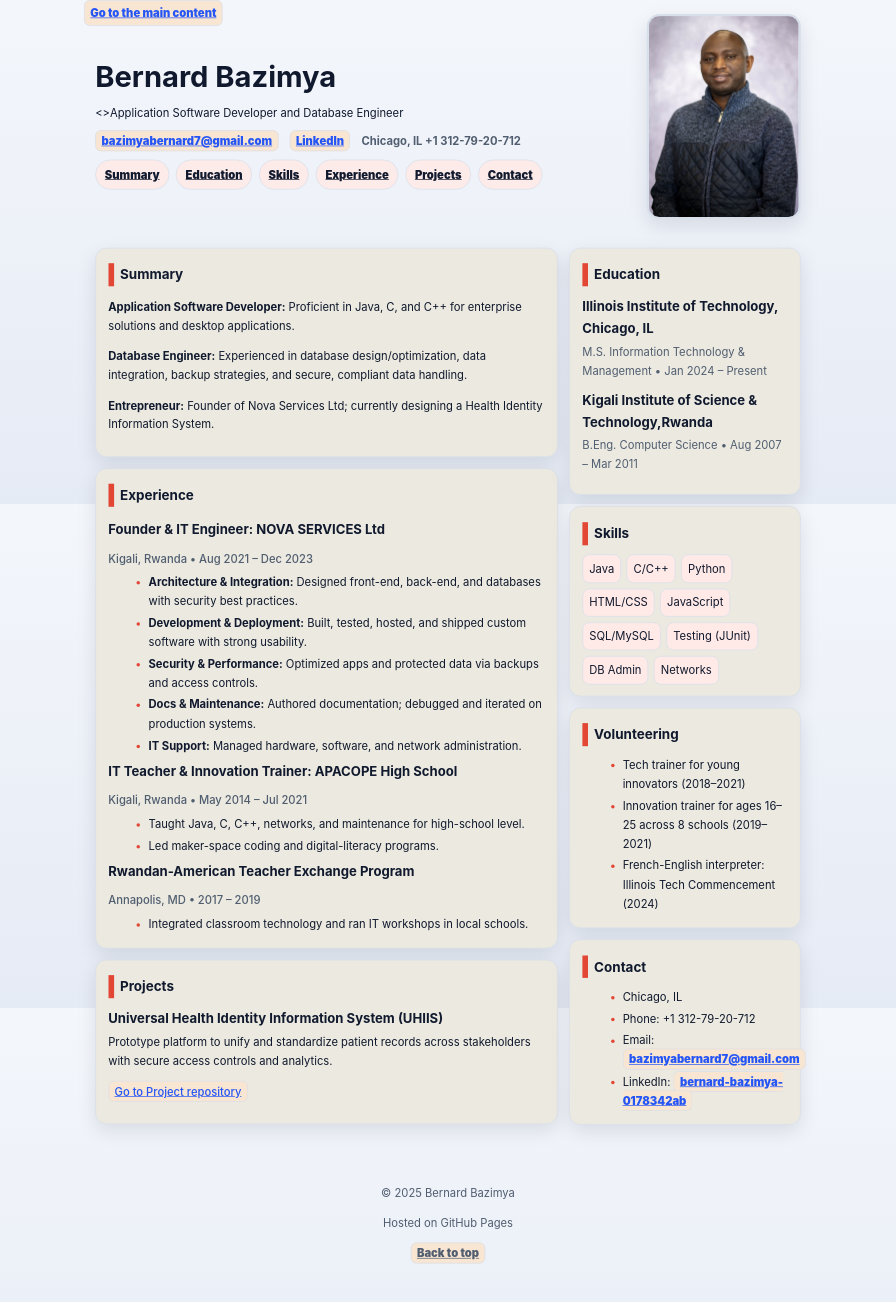
Repository: bbazimya/bernardbazimya-resume
Page: index.html
An editor plug-in stored every save of this project. The page is shown before and after the next save, followed by the edit.
The browser window is 1280 px wide. The pictures show the whole page, at 70% of full size.
Backgrounds fixed to the window are drawn as part of the page. Some web fonts or font styles are not loaded; a fallback is used.

Above is the page before, as saved 2025-09-14 00:35:14.

### index.html
<!DOCTYPE html>
<html lang="en">
<head>
  <meta charset="utf-8" />
  <meta name="viewport" content="width=device-width, initial-scale=1" />
  <title>Bernard Bazimya-Resume</title>

  <!-- Google Web Fonts: I am using these links -->
  <link rel="preconnect" href="https://fonts.googleapis.com">
<link rel="preconnect" href="https://fonts.gstatic.com" crossorigin>
<link href="https://fonts.googleapis.com/css2?family=FAMILY_NAME:wght@WEIGHT_OR_RANGE&display=swap" rel="stylesheet">


  <!-- For my Styles -->
  <link rel="stylesheet" href="styles.css">
</head>

<body class="page">
 <a class="skiplink" href="#main">Go to the main content</a>

  <!--Header -->
  <header id="top" class="site-header container">
    <div class="header__text">
      <h1 class="site-title">Bernard Bazimya</h1>
      <p class="site-subtitle"><>Application Software Developer and Database Engineer</p>

      <!-- my contacts -->
      <ul class="contact-inline">
        <li><a href="Mail to:bazimyabernard7@gmail.com">bazimyabernard7@gmail.com</a></li>
        <li><a href="https://www.linkedin.com/in/bernard-bazimya-0178342ab/">LinkedIn</a></li>
        <li><span><strong>Chicago, IL  +1&nbsp;312-79-20-712</strong></span></li>
      </ul>

      <!-- Primary nav -->
      <nav class="nav" aria-label="Resume sections">
        <ul class="nav__list">
          <li class="nav__item"><a class="nav__link" href="#summary">Summary</a></li>
          <li class="nav__item"><a class="nav__link" href="#education">Education</a></li>
          <li class="nav__item"><a class="nav__link" href="#skills">Skills</a></li>
          <li class="nav__item"><a class="nav__link" href="#experience">Experience</a></li>
          <li class="nav__item"><a class="nav__link" href="#projects">Projects</a></li>
          <li class="nav__item"><a class="nav__link" href="#contact">Contact</a></li>
        </ul>

      </nav>
    </div>

    <!--insertion of my profile picture -->
    <figure class="header__photo">
          <img src="PICS/BERNARD_BAZIMYA.PNG" alt="my professional picture" />
      <figcaption class="visually-hidden">Bernard Bazimya profile picture</figcaption>
    </figure>
  </header>

  <!--Main-->
  <main id="main" class="container">
    <div class="layout">
      <!-- Main column -->
      <div class="layout__main">
        <section id="summary" class="card section">
          <h2 class="section__title">Summary</h2>
          <p><strong>Application Software Developer:</strong> Proficient in Java, C, and C++ for enterprise solutions and desktop applications.</p>
          <p><strong>Database Engineer:</strong> Experienced in database design/optimization, data integration, backup strategies, and secure, compliant data handling.</p>
          <p><strong>Entrepreneur:</strong> Founder of Nova Services Ltd; currently designing a Health Identity Information System.</p>
        </section>

        <section id="experience" class="card section">
          <h2 class="section__title">Experience</h2>

          <article class="job">
            <header class="job__header">
              <h3 class="job__title">Founder &amp; IT Engineer: NOVA SERVICES Ltd</h3>
              <p class="job__meta">Kigali, Rwanda • Aug&nbsp;2021 – Dec&nbsp;2023</p>
            </header>
            <ul class="list">
              <li><strong>Architecture &amp; Integration:</strong> Designed front-end, back-end, and databases with security best practices.</li>
              <li><strong>Development &amp; Deployment:</strong> Built, tested, hosted, and shipped custom software with strong usability.</li>
              <li><strong>Security &amp; Performance:</strong> Optimized apps and protected data via backups and access controls.</li>
              <li><strong>Docs &amp; Maintenance:</strong> Authored documentation; debugged and iterated on production systems.</li>
              <li><strong>IT Support:</strong> Managed hardware, software, and network administration.</li>
            </ul>
          </article>

          <article class="job">
            <header class="job__header">
              <h3 class="job__title">IT Teacher &amp; Innovation Trainer: APACOPE High School</h3>
              <p class="job__meta">Kigali, Rwanda • May&nbsp;2014 – Jul&nbsp;2021</p>
            </header>
            <ul class="list">
              <li>Taught Java, C, C++, networks, and maintenance for high-school level.</li>
              <li>Led maker-space coding and digital-literacy programs.</li>
            </ul>
          </article>

          <article class="job">
            <header class="job__header">
              <h3 class="job__title">Rwandan-American Teacher Exchange Program</h3>
              <p class="job__meta">Annapolis, MD • 2017 – 2019</p>
            </header>
            <ul class="list">
              <li>Integrated classroom technology and ran IT workshops in local schools.</li>
            </ul>
          </article>
        </section>

        <section id="projects" class="card section">
          <h2 class="section__title">Projects</h2>
          <article class="project">
            <h3 class="project__title">Universal Health Identity Information System (UHIIS)</h3>
            <p class="project__desc">Prototype platform to unify and standardize patient records across stakeholders with secure access controls and analytics.</p>
            <p><a class="project__link" href="https://github.com/bbazimya/universal_id">Go to Project repository</a></p>
          </article>
        </section>
      </div>

      <!-- Sidebar column -->
      <aside class="layout__side">
        <section id="education" class="card section">
          <h2 class="section__title">Education</h2>
          <article class="edu">
            <h3 class="edu__school">Illinois Institute of Technology, Chicago, IL</h3>
            <p class="edu__details">M.S. Information Technology &amp; Management • Jan&nbsp;2024 – Present</p>
          </article>
          <article class="edu">
            <h3 class="edu__school">Kigali Institute of Science &amp; Technology,Rwanda</h3>
            <p class="edu__details">B.Eng. Computer Science  • Aug&nbsp;2007 – Mar&nbsp;2011</p>
          </article>
        </section>

        <section id="skills" class="card section">
          <h2 class="section__title">Skills</h2>
          <ul class="tags">
            <li>Java</li><li>C/C++</li><li>Python</li><li>HTML/CSS</li><li>JavaScript</li>
            <li>SQL/MySQL</li><li>Testing (JUnit)</li><li>DB Admin</li><li>Networks</li>
          </ul>
        </section>

		 <section id="volunteering" class="card section">
          <h2 class="section__title">Volunteering</h2>
          <ul class="list">
            <li>Tech trainer for young innovators (2018–2021)</li>
            <li>Innovation trainer for ages 16–25 across 8 schools (2019–2021)</li>
            <li>French-English interpreter: Illinois Tech Commencement (2024)</li>
          </ul>
        </section>

        <section id="contact" class="card section">
          <h2 class="section__title">Contact</h2>
          <ul class="list">
            <li>Chicago, IL</li>
            <li>Phone: +1&nbsp;312-79-20-712</li>
            <li>Email: <a href="Mail to:bazimyabernard7@gmail.com">bazimyabernard7@gmail.com</a></li>
            <li>LinkedIn: <a href="https://www.linkedin.com/in/bernard-bazimya-0178342ab/">bernard-bazimya-0178342ab</a></li>
          </ul>
        </section>


      </aside>
    </div>
  </main>

  <!-- ========= Footer ========= -->
  <footer class="site-footer container">
    <p>&copy; 2025 Bernard Bazimya </p>
	 <p>Hosted on GitHub Pages</p>
    <p><a href="#top">Back to top</a></p>
  </footer>
</body>
</html>

### styles.css
/* Initial color settings*/
:root{
  --bg-start: hsl(219 48% 97%);
  --bg-end:   hsl(219 44% 93%);
  --surface:  hsl(49, 22%, 90%);

  --ink:      hsl(222 47% 12%);
  --muted:    hsl(215 16% 38%);
  --accent:   hsl(6 75% 55%);
  --link:     hsl(226 90% 55%);

  --border:   hsl(214 32% 88%);
  --shadow:   0 10px 28px rgba(14,22,40,.10);
}

@media (prefers-color-scheme: dark){
  :root{
    --bg-start: hsl(222 28% 10%);
    --bg-end:   hsl(222 28% 14%);
    --surface:  hsl(222 28% 18%);

    --ink:      hsl(210 40% 98%);
    --muted:    hsl(218 16% 72%);
    --accent:   hsl(6 75% 60%);
    --link:     hsl(226 90% 70%);

    --border:   hsl(222 18% 30%);
    --shadow:   0 12px 34px rgba(0,0,0,.45);
  }
}

/* Elements  */

*{box-sizing:border-box}

html,body
{height:100%;
}
body{
  margin:0;
  font-family:"Inter",system-ui,-apple-system,Segoe UI,Roboto,Ubuntu,Cantarell,"Helvetica Neue",Arial,sans-serif;
  font-size:16px;
  line-height:1.7;
  color:var(--ink);
  background:linear-gradient(180deg,var(--bg-start),var(--bg-end)) fixed;
}


a{

  color: var(--link);
  font-family: "Inter", system-ui, -apple-system, Segoe UI, Roboto, Arial, sans-serif;
  font-weight: 1000;

  background:hsl(31, 73%, 90%);
  padding: .25rem .5rem;
  border-radius: .5rem;
  border: 1px solid var(--border);
  transition: background .15s ease, color .15s ease, border-color .15s ease, transform .06s ease;
}


a:hover
{text-decoration:underline
}
.visually-hidden{
position:absolute!important;
width:1px;
height:1px;
margin:-1px;
padding:0;
overflow:hidden;
clip:rect(0 0 0 0);
border:0
}

/* ========= Containers / Layout ========= */
.container{max-width:1040px;margin:auto;padding:0 1rem}
.site-header{
  display:flex;gap:1.25rem 1.5rem;align-items:center;flex-wrap:wrap;padding:1.25rem 1rem 0;
}
.header__text{flex:1 1 420px;min-width:260px}
.header__photo{margin:0 0 0 auto;order:2}
.header__photo img{
  width:220px;max-width:42vw;aspect-ratio:3/4;height:auto;
  object-fit:cover;object-position:center;
  border-radius:18px;border:3px solid var(--border);
  box-shadow:var(--shadow);background:#fff;
}

.site-title{font-size:clamp(1.8rem,3.8vw,2.6rem);
margin:.2rem 0 0
}
.site-subtitle{
	color:var(--ink);
	margin:.25rem 0 .75rem
	}

.contact-inline{list-style:none;margin:.8rem 0 0;
padding:0;display:flex;flex-wrap:wrap;gap:.6rem 1rem;
color:var(--muted)}
.contact-inline a{color:var(--link)}
a:hover{background:var(--accent);border-color:var(--accent);color:#fff;transform:translateY(-1px)}


.nav__list{
list-style:none;margin:.75rem 0 0;
padding:0;
display:flex;flex-wrap:wrap;gap:.5rem .6rem}
.nav__link{
  display:inline-block;
  padding:.45rem .8rem;
  border:1px solid var(--border);
  border-radius:999px;
  background:var(--surface);
  color:var(--ink);
  background-color:hsl(9, 76%, 95%);
  transition:transform .06s ease, border-color .15s ease, color .15s ease, background .15s ease;
}
.nav__link:hover{background:var(--accent);border-color:var(--accent);color:#fff;transform:translateY(-1px)}

/* Main grid */
.layout{display:grid;gap:1rem;margin:1rem 0 2rem}
.layout__main{min-width:0}
.layout__side{min-width:0}
@media (min-width:960px){
  .layout{grid-template-columns:2fr 1fr}
}

/* Sections / Cards*/
.card{
  background:var(--surface);
  border:1px solid var(--border);
  border-radius:16px;
  padding:1.1rem 1.1rem 1rem;
  box-shadow:var(--shadow);
}
.section{margin:1rem 0}
.section__title{
  margin:.25rem 0 .85rem;
  font-size:1.2rem;font-weight:700;
  border-left:8px solid var(--accent);
  padding-left:.55rem;
}

/*  Lists / Tags */
.list{margin:.4rem 0 .25rem 1.1rem}
.list li{margin:.25rem 0}
.list li::marker{color:var(--accent)}

.tags{display:flex;flex-wrap:wrap;gap:.5rem;list-style:none;margin:.25rem 0 0;padding:0}
.tags li{
  padding:.35rem .55rem;border-radius:10px;
  background:color-mix(in oklab, var(--accent) 12%, white 88%);
  color:var(--ink);border:1px solid var(--border);
}

/*Blocks*/
.job__header{display:flex;justify-content:space-between;align-items:flex-end;gap:.75rem;flex-wrap:wrap}
.job__title{margin:.2rem 0 0;font-weight:700}
.job__meta{margin:0;color:var(--muted);font-weight:500}

.edu{margin:.4rem 0 .8rem}
.edu__school{margin:.2rem 0 0}
.edu__details{margin:.2rem 0 0;color:var(--muted)}

.project__title{margin:.2rem 0 .25rem}
.project__desc{margin:.2rem 0 .5rem}
.project__link{font-weight:500}

/*Footer*/
.site-footer{padding:1.25rem 1rem 2.5rem;text-align:center;color:var(--muted)}
.site-footer a{color:inherit;text-decoration:underline}

/*Skiplink*/
.skiplink{
  position:absolute;left:120px;top:auto;width:auto;height:auto;
}

.skiplink:hover{
 background:var(--accent);border-color:var(--accent);color:#fff;transform:translateY(-1px)
}

/* for print */
@media print{
  :root{--bg-start:#fff;--bg-end:#fff;--surface:#fff;--border:#ddd}
  body{background:#fff;font-size:12px}
  .nav,.skiplink,.site-footer{display:none}
  .container{max-width:100%;padding:0}
  .card{box-shadow:none;border-color:#ccc}
  .header__photo img{border:none;box-shadow:none}
}

After the next save:
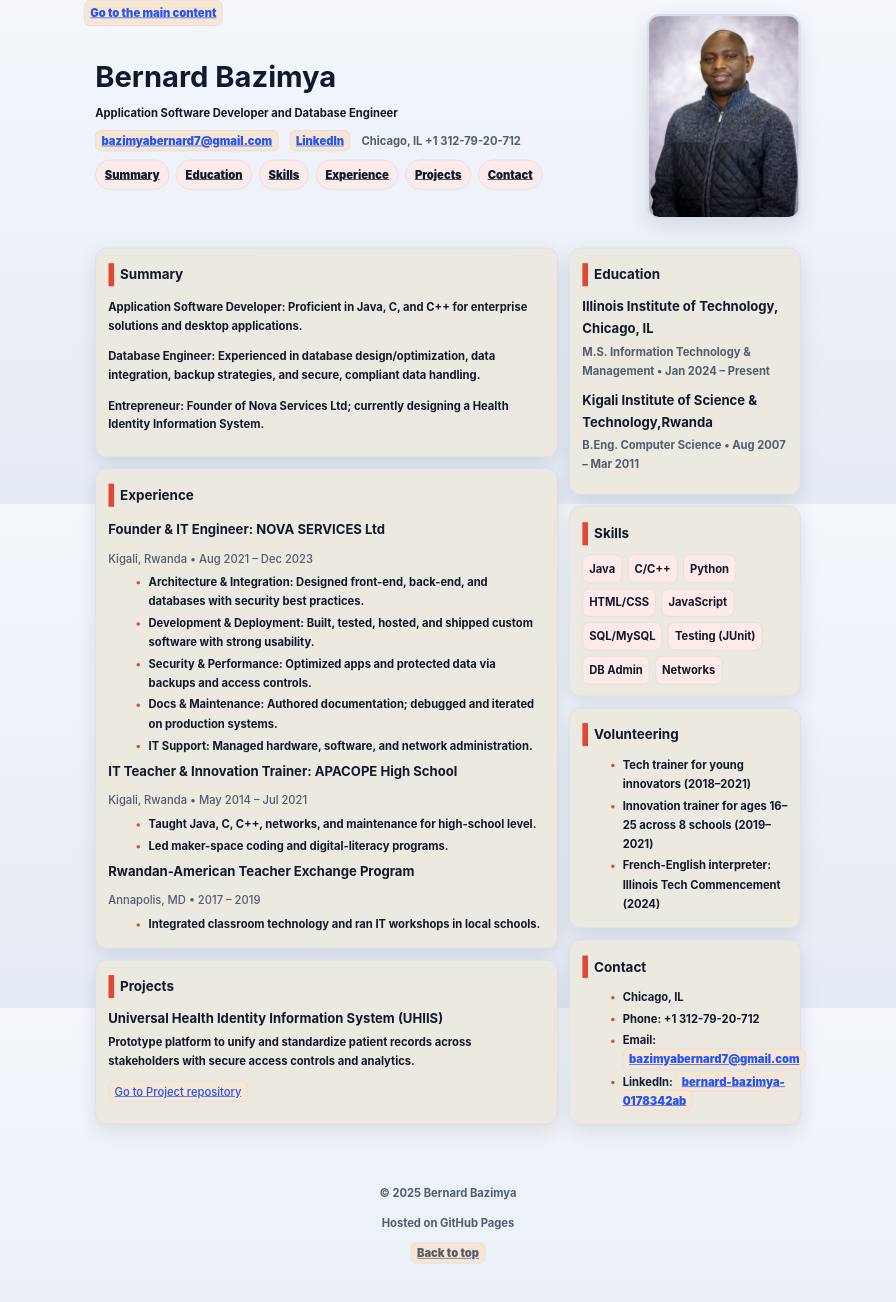
Saved 4 s later.
--- a/index.html
+++ b/index.html
@@ -22,7 +22,7 @@
   <header id="top" class="site-header container">
     <div class="header__text">
       <h1 class="site-title">Bernard Bazimya</h1>
-      <p class="site-subtitle"><>Application Software Developer and Database Engineer</p>
+      <p class="site-subtitle"><Strong>Application Software Developer and Database Engineer</p>
 
       <!-- my contacts -->
       <ul class="contact-inline">

After the 2 saves that followed:
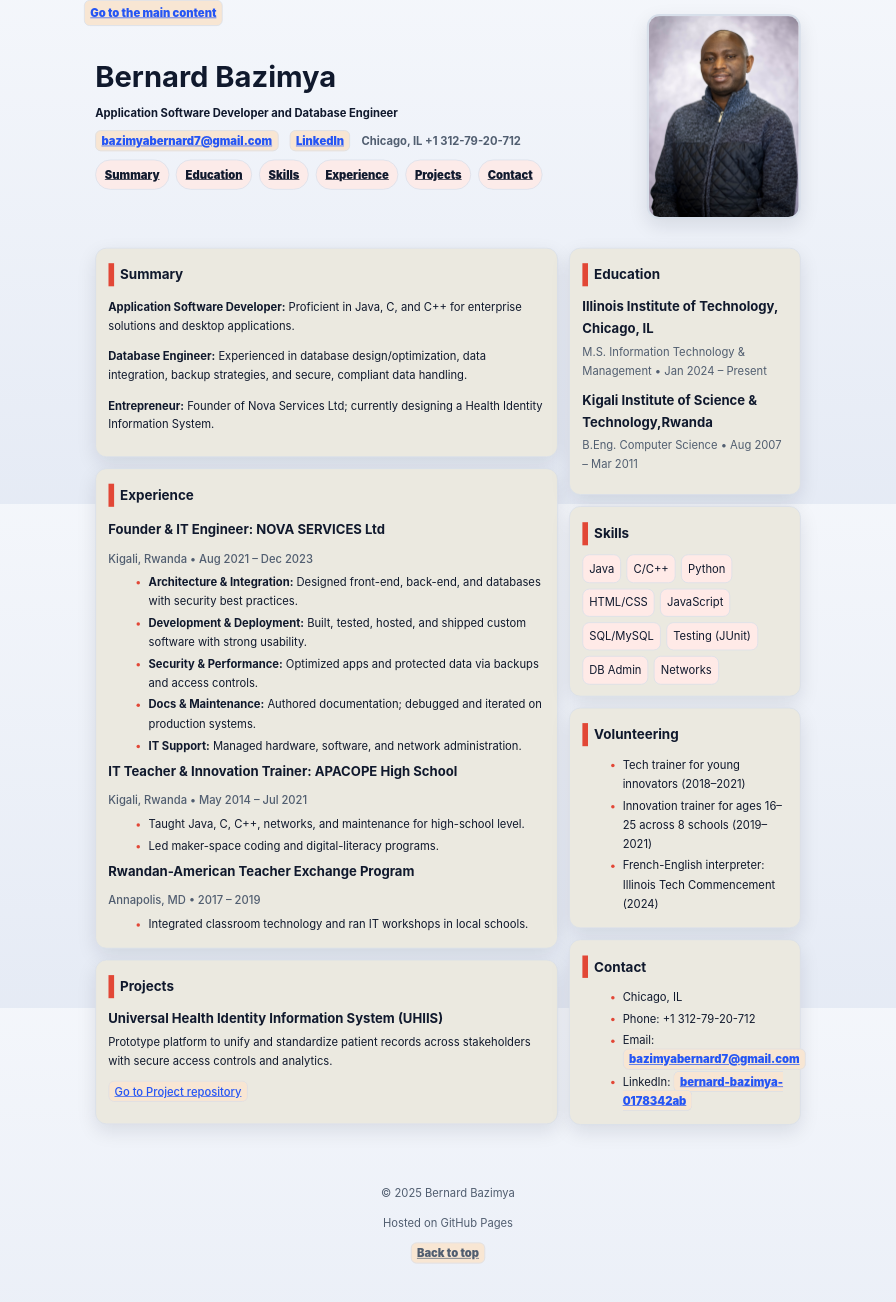
The 2 saves are shown as one change because they came seconds apart.
The last was saved 20 s later.
--- a/index.html
+++ b/index.html
@@ -22,7 +22,7 @@
   <header id="top" class="site-header container">
     <div class="header__text">
       <h1 class="site-title">Bernard Bazimya</h1>
-      <p class="site-subtitle"><Strong>Application Software Developer and Database Engineer</p>
+      <p class="site-subtitle"><Strong>Application Software Developer and Database Engineer</Strong></p>
 
       <!-- my contacts -->
       <ul class="contact-inline">
